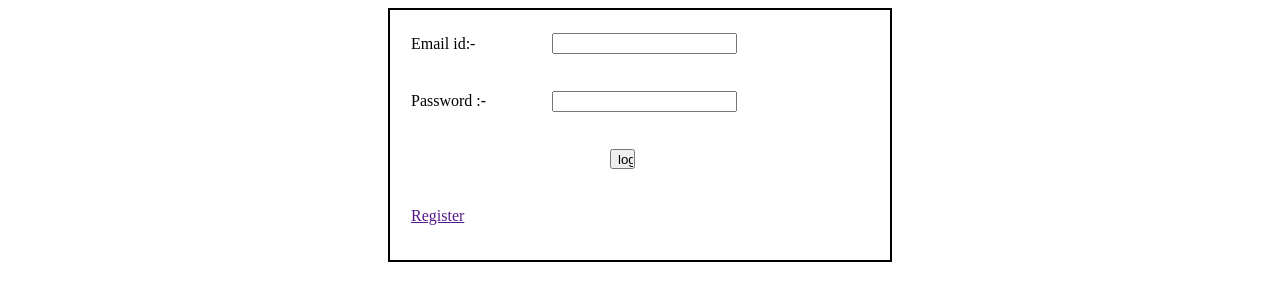
Repository: ShivrajMPujari/ServletApplication
Page: http://localhost/LoginReg/
These files come from the project's save history. The page is drawn as it stood at one moment and after the next save; the edit follows.
The browser window is 1280 px wide. The pictures show the whole page.
The page is served by Tomcat 9. Other server files are loaded and not shown.

Above is the page before, as saved 2018-07-09 06:08:57.

### LoginReg/WebContent/index.html
<!DOCTYPE html>
<html>
<head>
<meta charset="UTF-8">
<title>Insert title here</title>
<link rel="stylesheet" href="index.css"/>
</head>
<body>

<div class="tableDiv">
<form action="">
<table class="loginTabel" cellspacing="10">
<tr>
	<td> Email id:- </td> <td> <input type="email" /></td>
</tr>

<tr>
	<td>Password :- </td> <td> <input type="password" /> </td>
</tr>

<tr>
<td colspan="2"  class="submitButton"  > <input class="btn"type="submit" value="login" /></td>
</tr>

<tr>
<td colspan="2"> <a href="">Register</a></td>
</tr>
</table>
</form>
</div>
</body>
</html>

### LoginReg/WebContent/index.css
@CHARSET "UTF-8";

.tableDiv{
	height:250px;
	width:500px;
	margin:auto;
	border:2px solid black;
}
.loginTabel{

	height:240px;
	width:480px;
	margin:auto;

}
tr{
	height: 30px;
}
.submitButton{
	padding-left:200px;

}
.btn{
	height: 20px;
	width:25px;
}

After the next save:
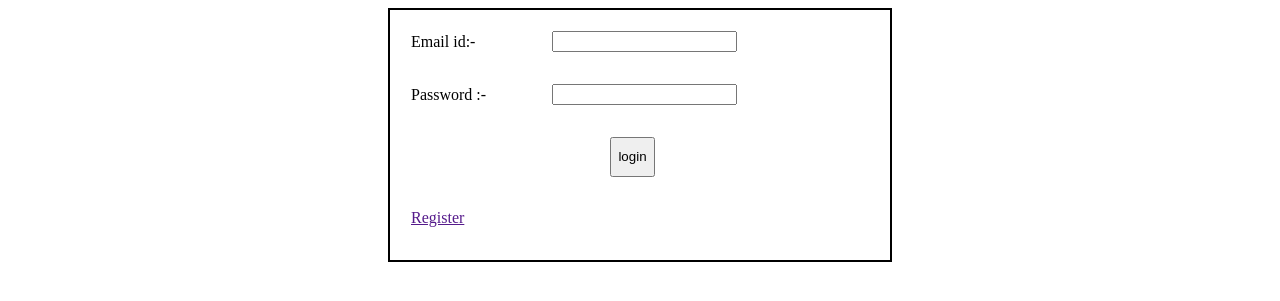
Saved 13 s later.
--- a/LoginReg/WebContent/index.css
+++ b/LoginReg/WebContent/index.css
@@ -21,6 +21,6 @@ tr{
 
 }
 .btn{
-	height: 20px;
-	width:25px;
+	height: 40px;
+	width:45px;
 }
